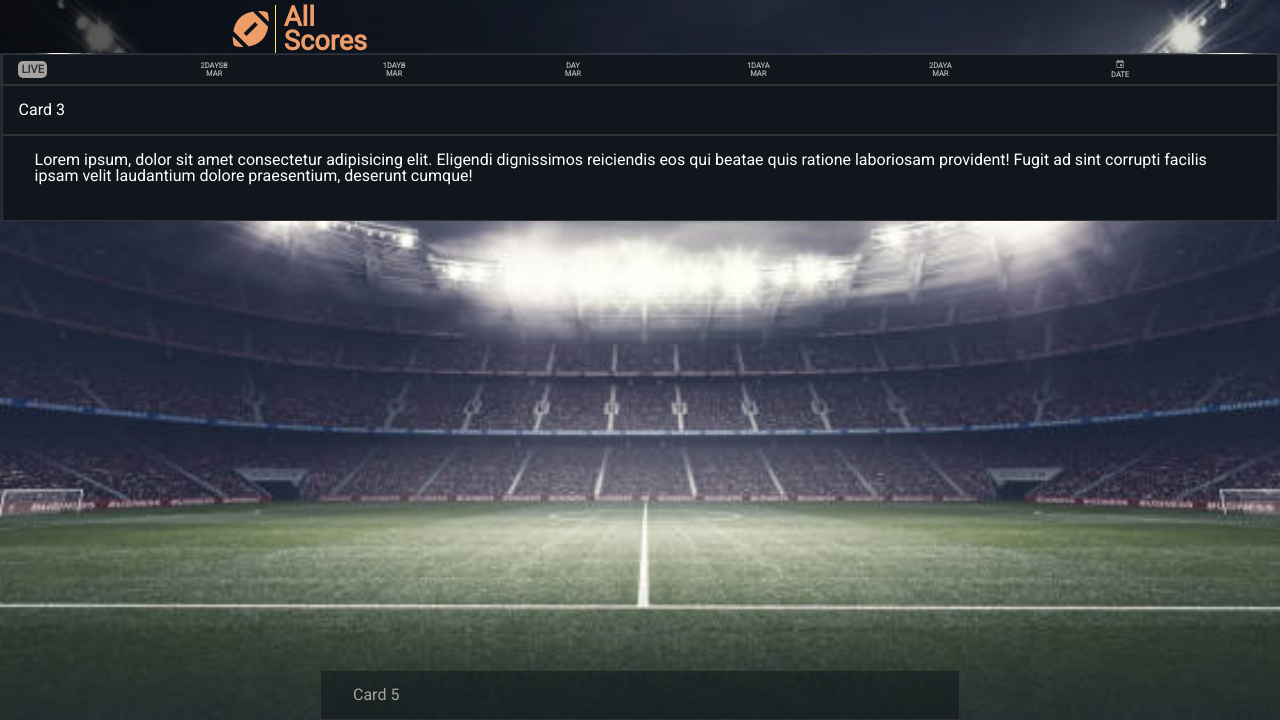
Repository: boomshakar/AllScores
Page: index.html
These files come from the project's save history. The page is drawn as it stood at one moment and after the next save; the edit follows.
The browser window is 1280 px wide. The pictures show the whole page.
The style sheet was rebuilt from its Sass, Less or Tailwind sources for each picture, by a compiler version that may differ from the author's.

Above is the page before, as saved 2021-03-30 13:20:17.

After the next save:
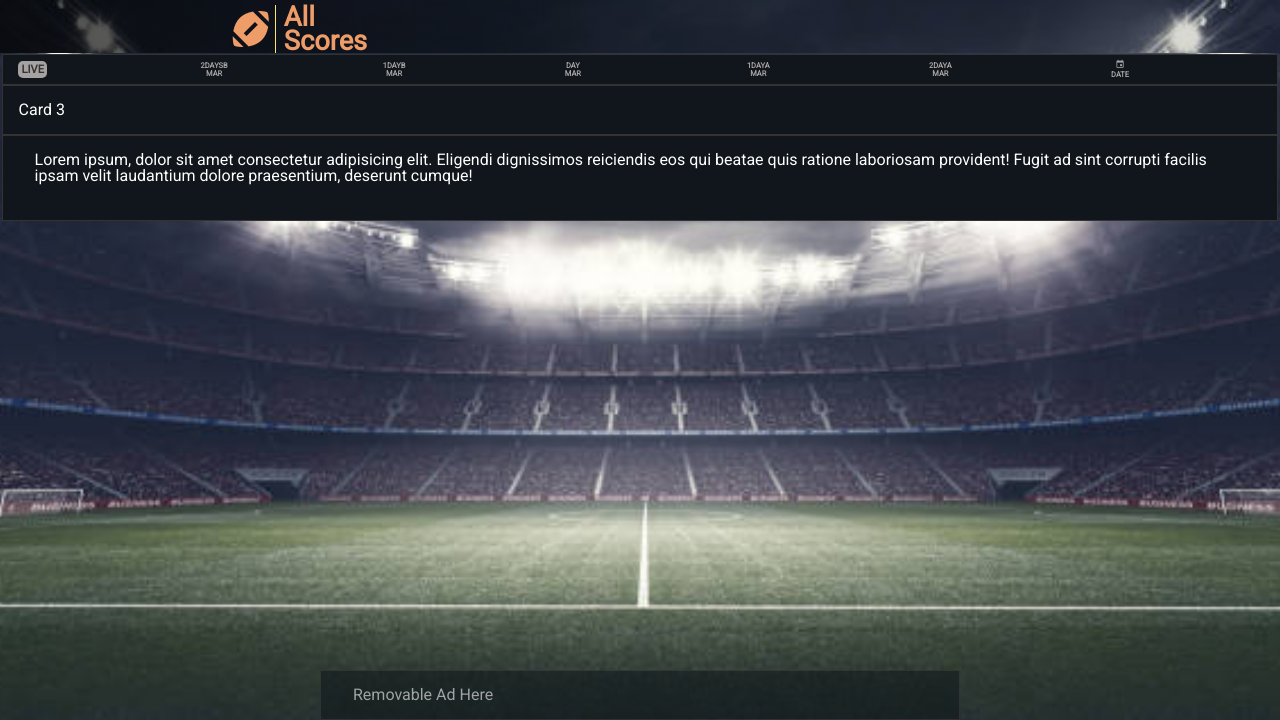
Saved 4 min 59 s later.
--- a/index.html
+++ b/index.html
@@ -152,7 +152,9 @@
       <div class="card">Card 2</div>
       <div class="card">Card 3</div>
       <div class="card">Card 4</div>
-      <div class="card">Card 5</div>
+      <div class="card revad">
+        <p class="revad-item">Removable Ad Here</p>
+      </div>
       <div class="card">
         Lorem ipsum, dolor sit amet consectetur adipisicing elit. Eligendi
         dignissimos reiciendis eos qui beatae quis ratione laboriosam provident!
